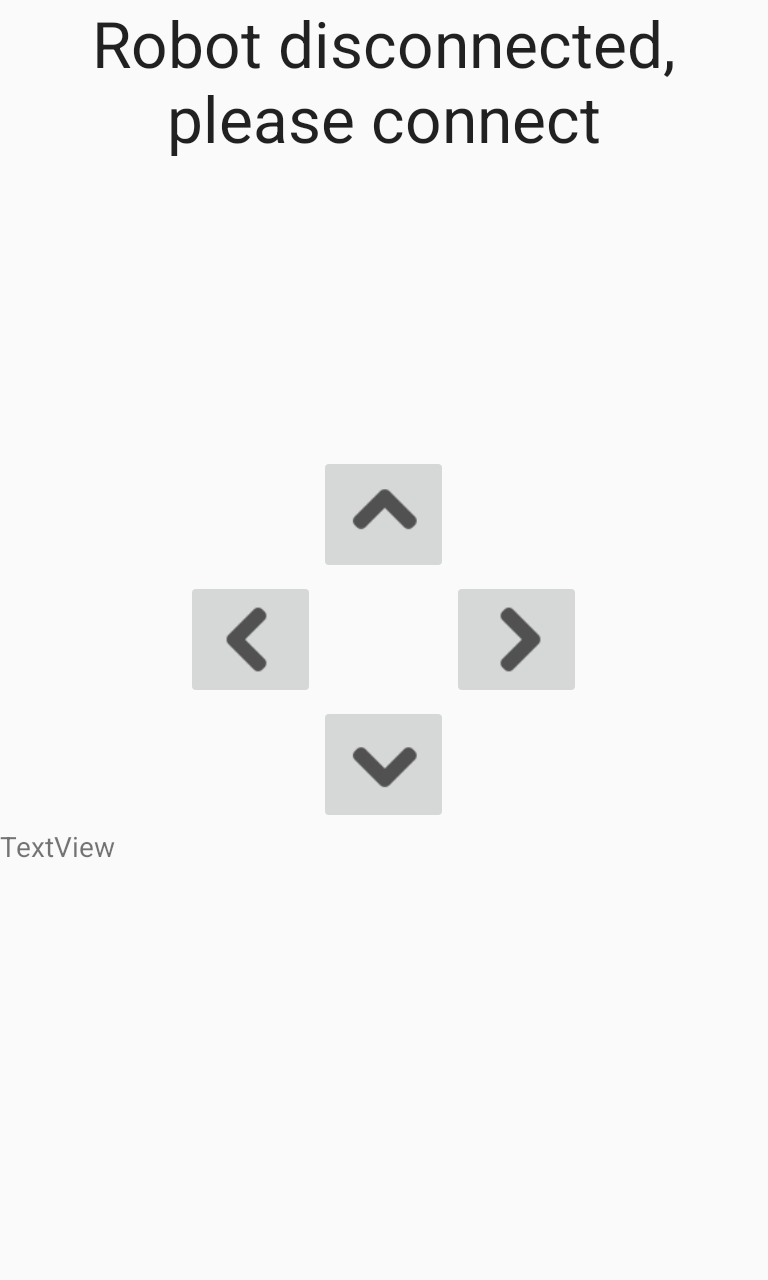
Repository: cjsatuforc/Bobina
Layout: source/android/Bobina/res/layout/main_layout.xml
An editor plug-in stored every save of this project. The layout is shown before and after the next save, followed by the edit.
It is drawn on a 768 x 1280 px phone screen (xhdpi) without system bars, with theme AppTheme; the app's code is not run.

Above is the layout before, as saved 2015-04-26 00:40:00.

After the next save:
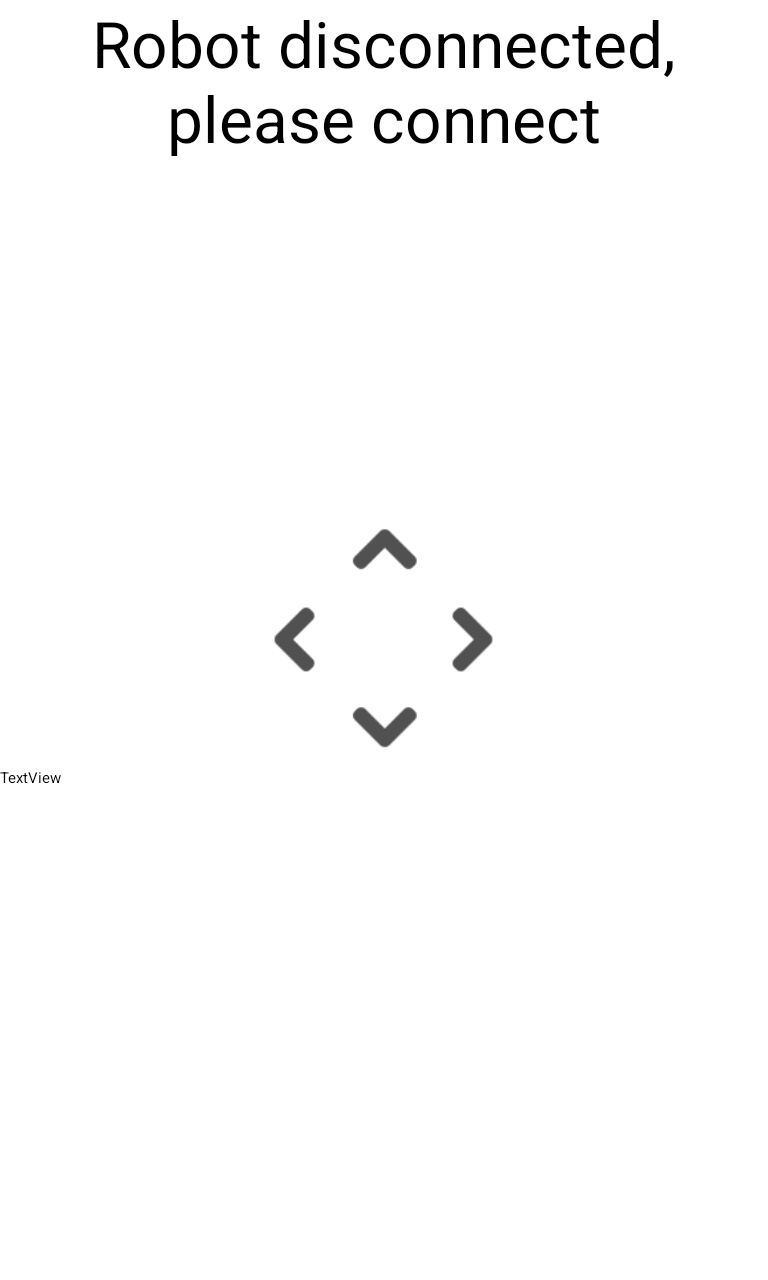
Saved 73 s later.
--- a/source/android/Bobina/res/values/styles.xml
+++ b/source/android/Bobina/res/values/styles.xml
@@ -4,7 +4,7 @@
         Base application theme for API 11+. This theme completely replaces
         AppBaseTheme from res/values/styles.xml on API 11+ devices.
     -->
-    <style name="AppBaseTheme" parent="Base.Theme.AppCompat.Light">
+    <style name="AppBaseTheme" parent="Theme.Holo.ligh">
     </style>
 
 

After the save that followed:
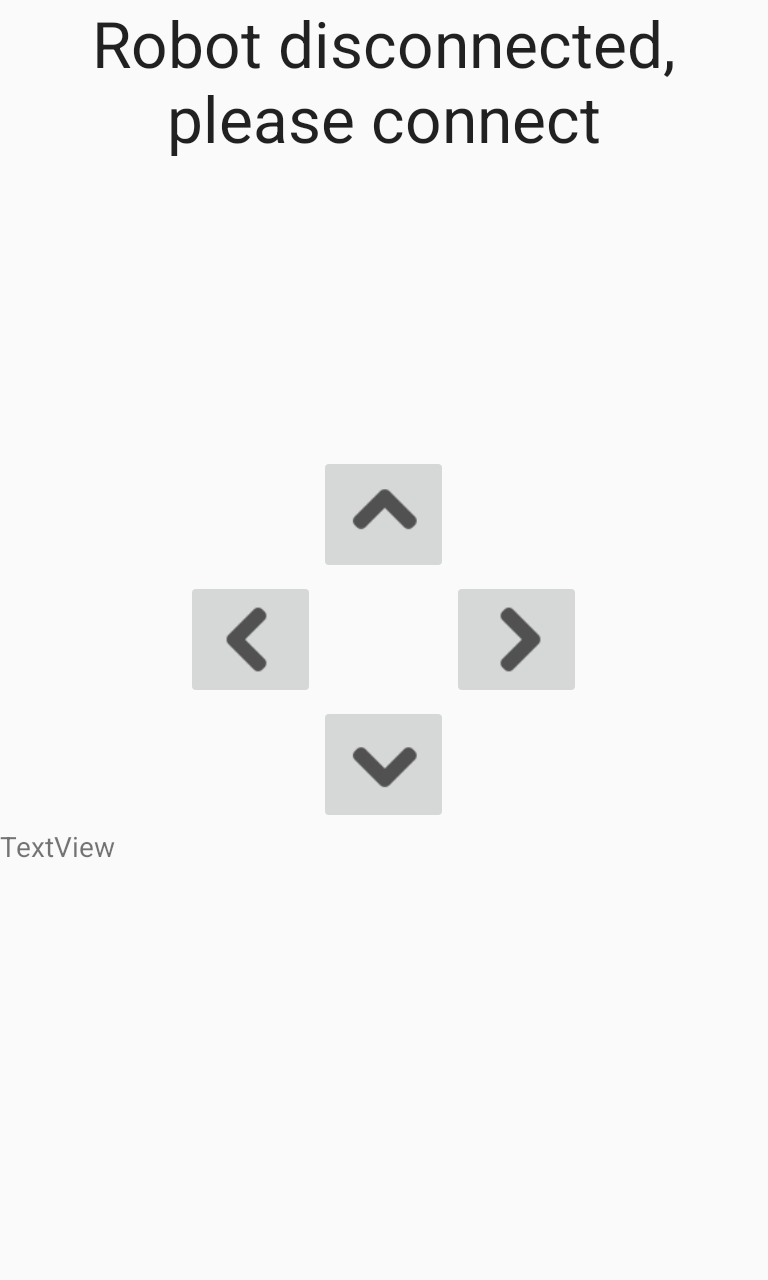
Saved 52 s later.
--- a/source/android/Bobina/res/values/styles.xml
+++ b/source/android/Bobina/res/values/styles.xml
@@ -4,7 +4,7 @@
         Base application theme for API 11+. This theme completely replaces
         AppBaseTheme from res/values/styles.xml on API 11+ devices.
     -->
-    <style name="AppBaseTheme" parent="Theme.Holo.ligh">
+    <style name="AppBaseTheme" parent="Base.Theme.AppCompat.Light">
     </style>
 
 
